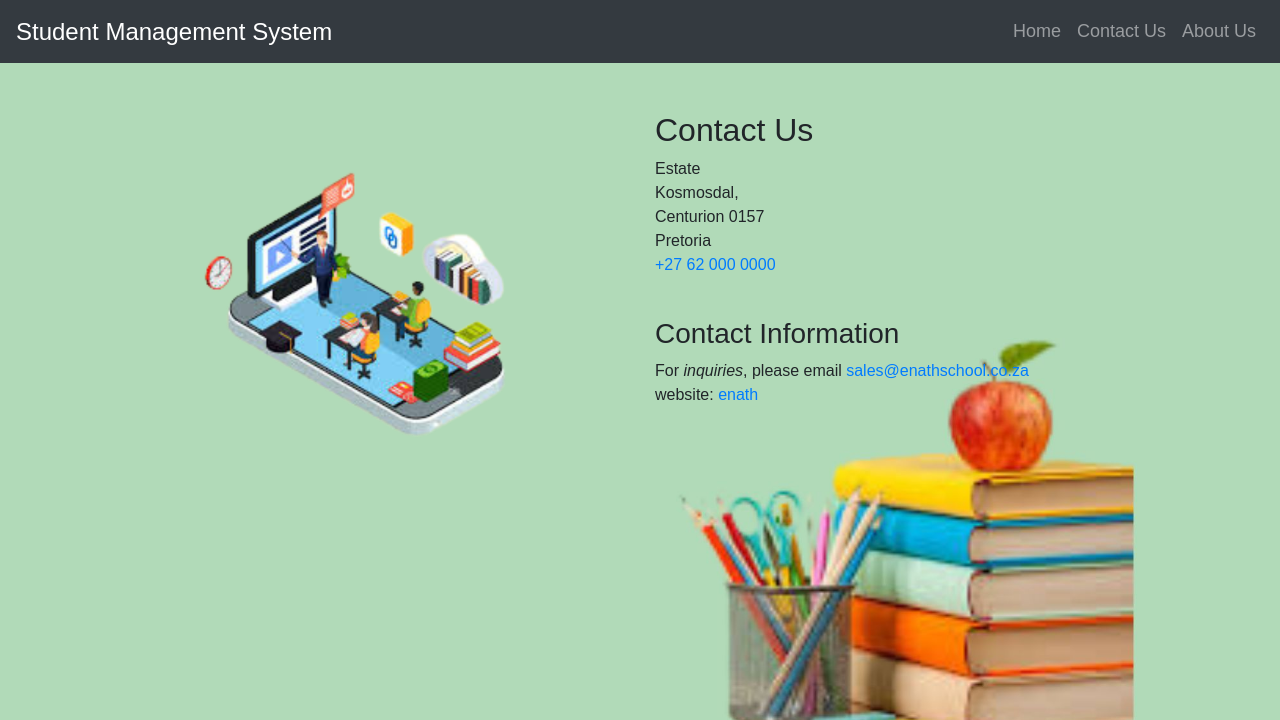
Repository: marthamutsvandiani/student_management_system
Page: http://localhost/contact_us
These files come from the project's save history. The page is drawn as it stood at one moment and after the next save; the edit follows.
The browser window is 1280 px wide. The pictures show the whole page.
The page is this project's Thymeleaf template; nobody is signed in. The template is opened directly, without the code that normally fills it, so the values that code supplies are empty.

Above is the page before, as saved 2024-11-02 18:39:50.

After the next save:
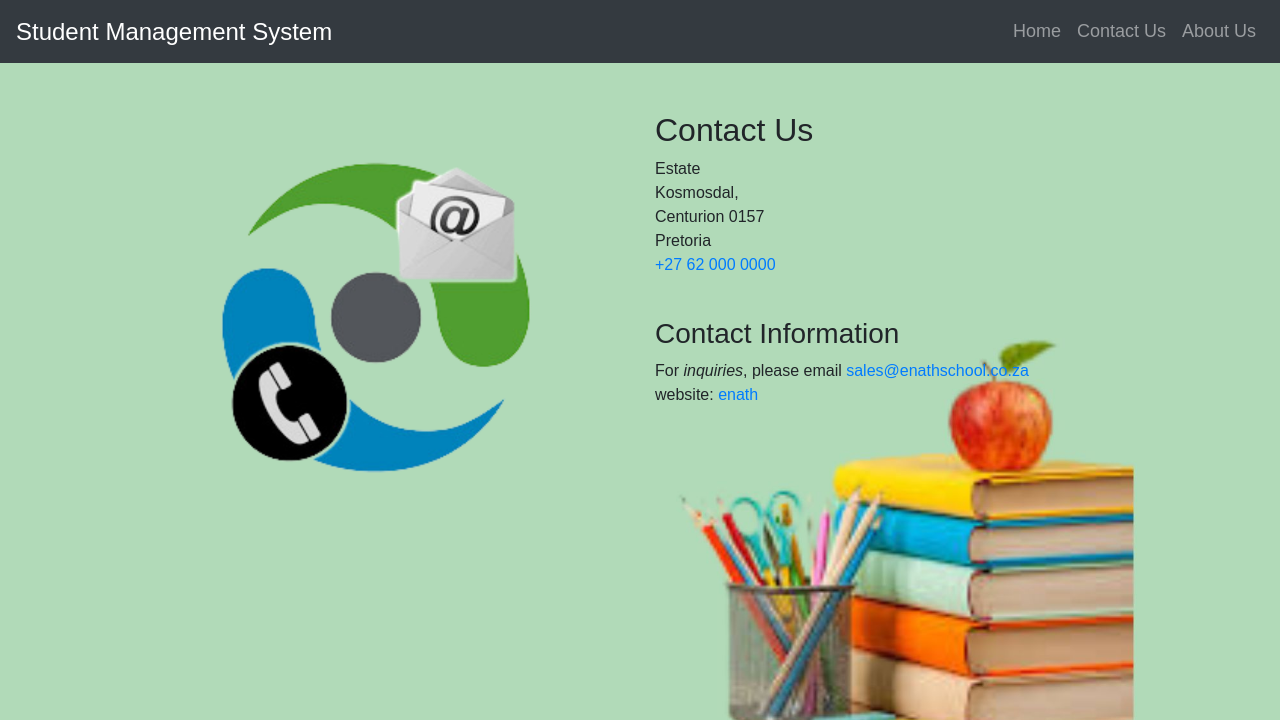
Saved 17 s later.
--- a/studentmanagementsystem/src/main/resources/templates/contact_us.html
+++ b/studentmanagementsystem/src/main/resources/templates/contact_us.html
@@ -54,7 +54,7 @@
 	       <div class="row">
 	           <!-- Image Section -->
 	           <div class="col-md-6">
-	               <img src="/images/About.png" alt="Our School" class="img-fluid rounded">
+	               <img src="/images/Contact.png" alt="Our School" class="img-fluid rounded">
 	           </div>
 
 	           <!-- Text Section -->
